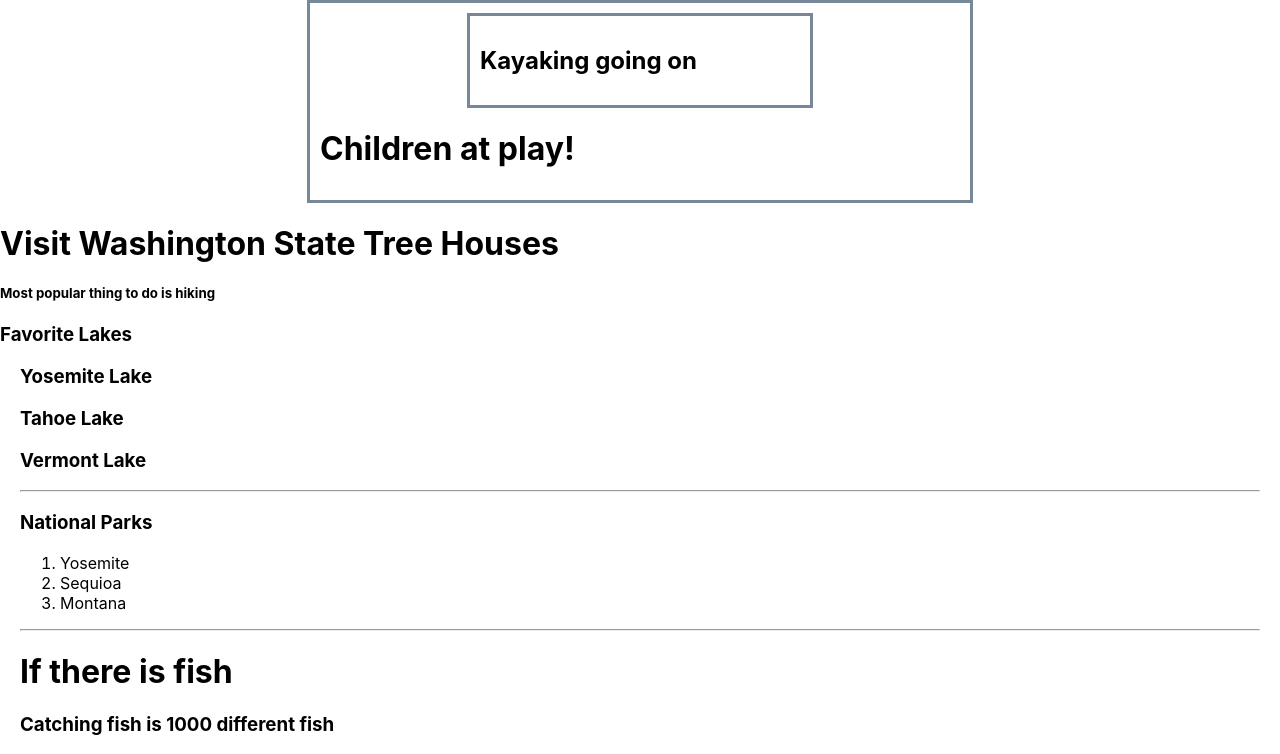
Repository: CaptainStorm21/intro-react-hooks
Page: /
An editor plug-in stored every save of this project. The page is shown before and after the next save, followed by the edit.
The browser window is 1280 px wide. The pictures show the whole page.
The project was rebuilt for these pictures with package versions that can differ from the ones it lists, and the page was loaded fresh each time. Also part of the build but not shown: src/App.css.

Above is the page before, as saved 2020-05-27 00:11:03.

### src/index.js
import React from "react";
import ReactDOM from "react-dom";
import "./index.css";
import Fragment from "./Fragment"

const nationalParkList = ["Yosemite", "Sequioa", "Montana"];
const campingList = [
  {
    id: 0,
    name: "Mulberry Camp",
    location: " South Montana",
  },
  {
    id: 1,
    name: "Volga Camp",
    location: "Oregon",
  },
  {
    id: 2,
    name: "Captain Camp",
    location: "East Montana",
  },
  {
    id: 3,
    name: "Blue Dunes Camp",
    location: "South Montana",
  },
];

function Lake({ name }) {
  return <h3>{name}</h3>;
}

function Fishing({ abundant }) {
  return (
    < div >
      <h3> Catching fish is {abundant}</h3>
    </div >
  )
}

function Icehole ({ icefishing }) {
  return (
    < div >
      <h3> Winter Fish is {icefishing}</h3>
    </div >
  )
}

function MontanaFall() {
  return (
    <div>
      <h3>Come see Montana!</h3>
      <hr></hr>
      <div className="campstyle">
        {campingList.map((camp) => (
          <div key={camp.id}>
            <h4>{camp.name}</h4>
            <p>Location:{camp.location}</p>
          </div>
        ))}
      </div>
    </div>
  );
}

function SkiResort({thingstodo}) {
  return (
    <div>
      <h1>Visit Washington State Tree Houses</h1>
      <h5>Most popular thing to do is {thingstodo}</h5>
    </div>
  );
}
function App(props) {

  if (props.season === "fall") {
    return <MontanaFall />;
  } else if (props.season === "summer"){
    return (
      <div>
        <Fragment />
        <SkiResort  thingstodo="hiking"/>
        <h3>Favorite Lakes</h3>
        <div className="lakestyle">
          <Lake name="Yosemite Lake" />
          <Lake name="Tahoe Lake" />
          <Lake name="Vermont Lake" />
          <hr></hr>
          <h3>National Parks</h3>
          <ol>
            {props.parks.map((park) => (
              <li>{park}</li>
            ))}
          </ol>
          <hr></hr>
          <h1>If there is fish</h1>
          <div>
            {props.season === "summer" ? (
              <Fishing abundant="1000 different fish" />
            ) : props.season === "winter" ? (
              <Icehole icefishing="A lot of pikes" />
            ) : (<h1>Wanna stay home?</h1>)}
            </div>
        </div>
      </div>
    );
  }
}

// function Hello({ library, message, books }) {
//   return (
//     <div>
//       <h1>Hello {library}</h1>
//       <h4>books avail to rent {books}</h4>
//       <h5>Hours: {message}</h5>
//     </div>
//   )
// }

// function Hello(props) {
//   console.log(props);
//   console.log(Object.keys(props));
//   return (
//     <div>
//       <h1>Hello from {props.library}</h1>
//       <h3>{props.message}</h3>
//       <h4> books available to rent - {props.books}</h4>
//       <h5>Props used - {Object.keys(props).length}</h5>
//     </div>
//   )
// }

// function Hello() {
//   return (
//     <div>
//       <p> rendering is happening </p>
//       <h1>Hello world!</h1>
//     </div>
//   )
// }
ReactDOM.render(
  //  React.createElement("h1", null, "Hello"),
  // React.createElement("h1", { style: { color: "red" } }, "Hello"),
  // React.createElement("div", { style: { color: "blue" } },
  // React.createElement("h1", null, "Morning")  ),
  // <ul>
  //   <li>Pizza</li>
  //   <li>Sushi</li>
  // </ul>,
  // /* <Hello></Hello>, */
  // <Hello library="Washington Library" message="Open for all " books={10}/>,
  <App parks={nationalParkList} season="summer" />,
  document.getElementById("root")
);

### src/index.css
body {
  margin: 0;
  font-family: -apple-system, BlinkMacSystemFont, 'Segoe UI', 'Roboto', 'Oxygen',
    'Ubuntu', 'Cantarell', 'Fira Sans', 'Droid Sans', 'Helvetica Neue',
    sans-serif;
  -webkit-font-smoothing: antialiased;
  -moz-osx-font-smoothing: grayscale;
}

code {
  font-family: source-code-pro, Menlo, Monaco, Consolas, 'Courier New',
    monospace;
}

.lakestyle, .campstyle {
  padding-left: 20px;
  padding-right: 20px;
}

.div-style{
  padding: 10px;
  border: 3px solid lightslategray;
  width: 50%;
  margin: 0 auto;
}

### src/Fragment.js
import React from "react";
import "./App.css";

function Kids() {
    return (
        <h1>Children at play!</h1>
    )
}

function Kayak() {
    return (
        <div className = "div-style">
            <h2> Kayaking going on </h2>
        </div>
    )
}

function Fragment() {
  return (
      <>
          <div className = "div-style">
      <Kayak />
              <Kids />
          </div>
    </>
  );
}

export default Fragment;

Loaded but not shown: public/index.html (common file)

After the next save:
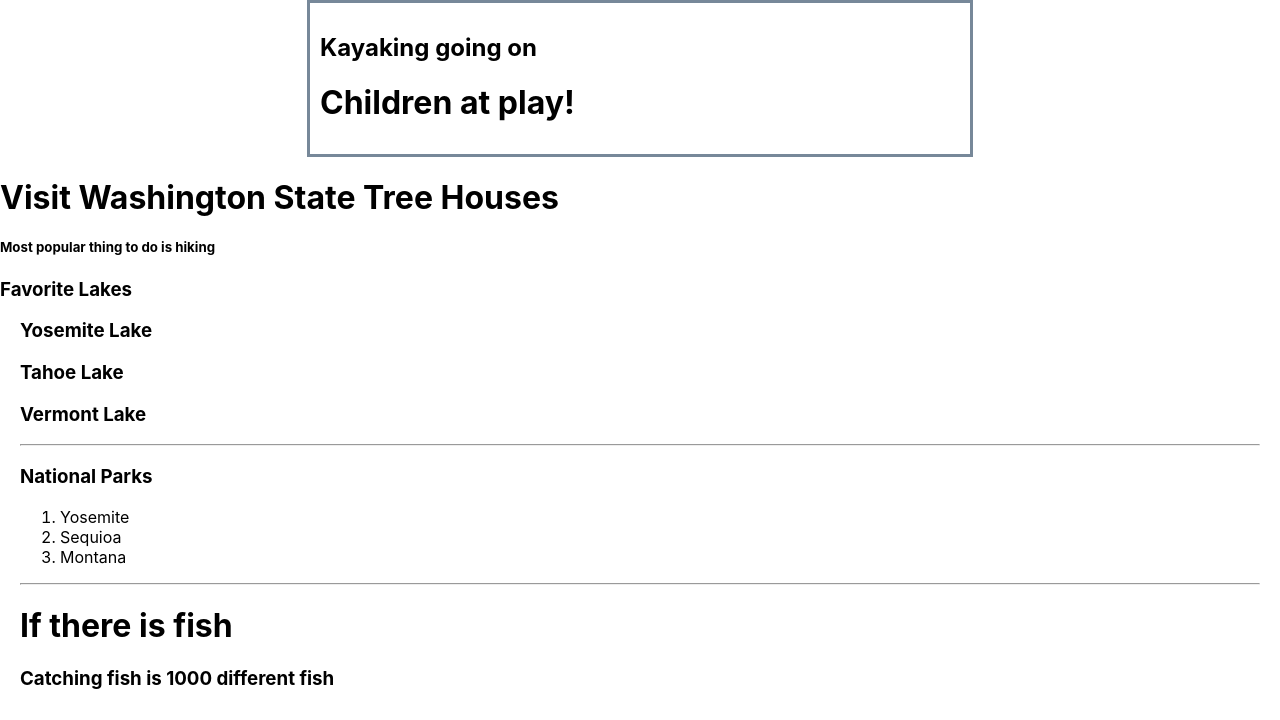
Saved 5 s later.
--- a/src/Fragment.js
+++ b/src/Fragment.js
@@ -9,7 +9,7 @@ function Kids() {
 
 function Kayak() {
     return (
-        <div className = "div-style">
+        <div >
             <h2> Kayaking going on </h2>
         </div>
     )
